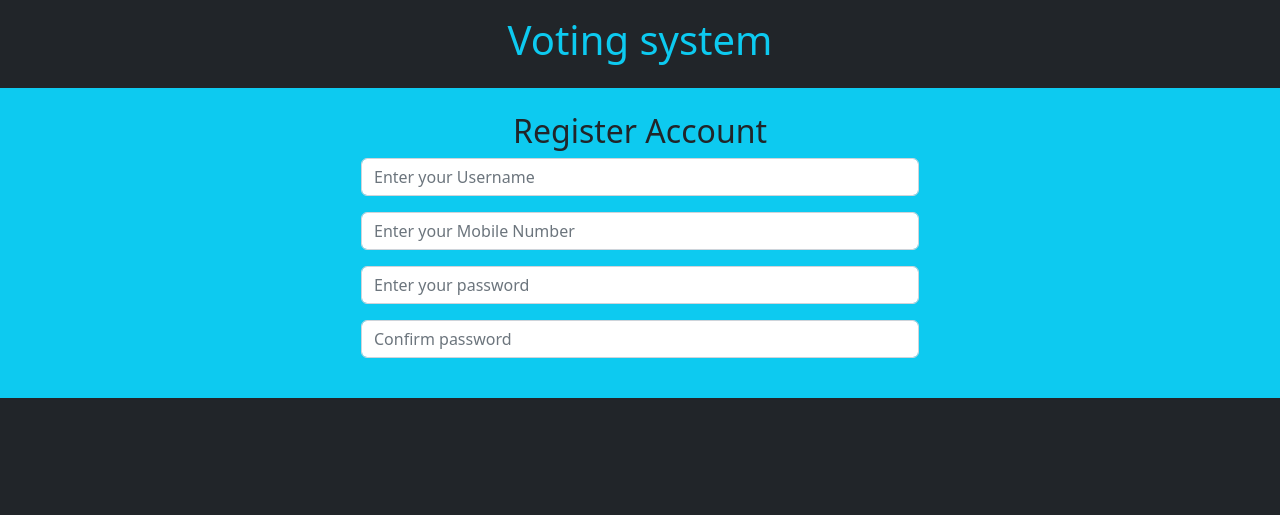
Repository: AvinashLikesToLearnNewStuff/VotingSite
Page: http://localhost/partials/registration.php
An editor plug-in stored every save of this project. The page is shown before and after the next save, followed by the edit.
The browser window is 1280 px wide. The pictures show the whole page.
The page is run by PHP 8.4 with error messages shown; the project is at /var/www/html/.

Above is the page before, as saved 2023-03-09 10:30:01.

After the next save:
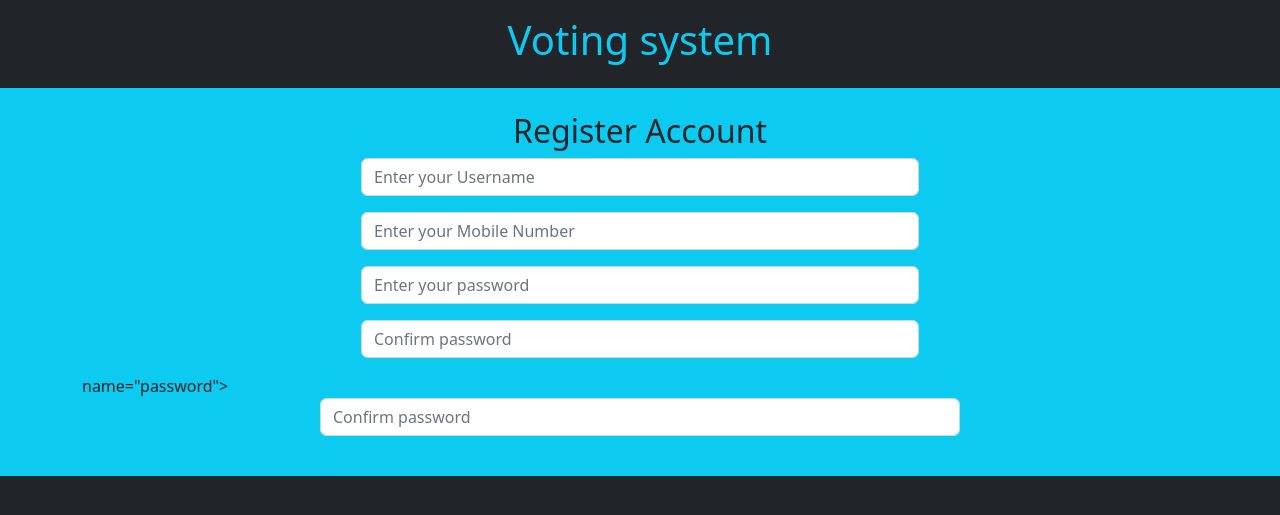
Saved 20 s later.
--- a/partials/registration.php
+++ b/partials/registration.php
@@ -29,6 +29,14 @@
                         <div class="mb-3">
                     <input type="text" class="form-control w-50 m-auto" placeholder="Confirm password" required="required" name="cpassword">
                 </div>
+
+name="password">
+                </div>
+
+                        <div class="mb-3">
+                    <input type="text" class="form-control w-50 m-auto" placeholder="Confirm password" required="required" name="cpassword">
+                </div>
+
             </form>
         </div>
 

After the save that followed:
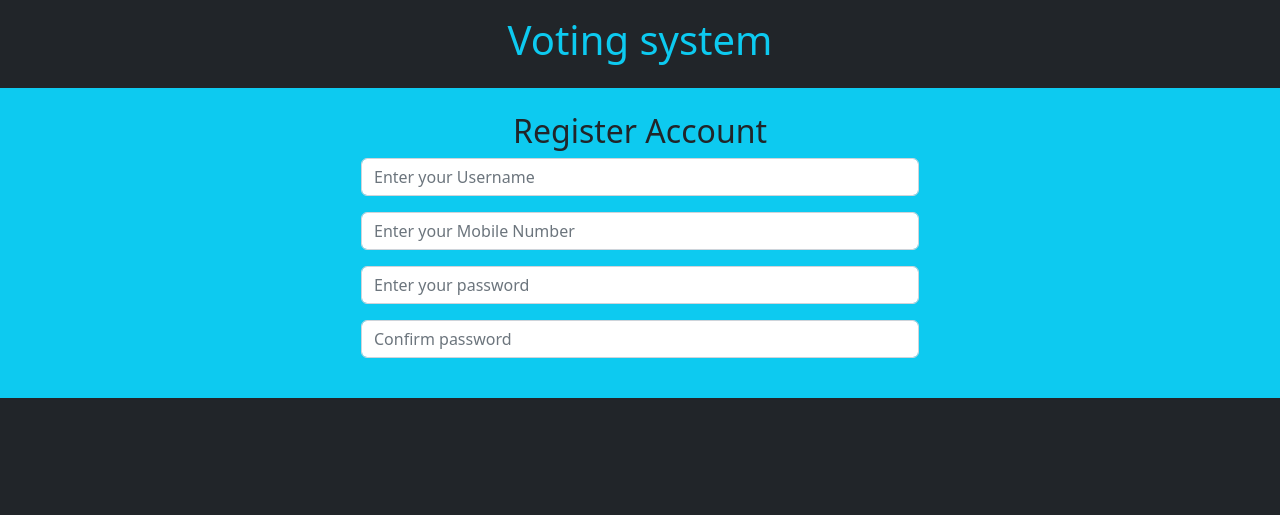
Saved 10 s later.
--- a/partials/registration.php
+++ b/partials/registration.php
@@ -30,12 +30,7 @@
                     <input type="text" class="form-control w-50 m-auto" placeholder="Confirm password" required="required" name="cpassword">
                 </div>
 
-name="password">
-                </div>
 
-                        <div class="mb-3">
-                    <input type="text" class="form-control w-50 m-auto" placeholder="Confirm password" required="required" name="cpassword">
-                </div>
 
             </form>
         </div>
